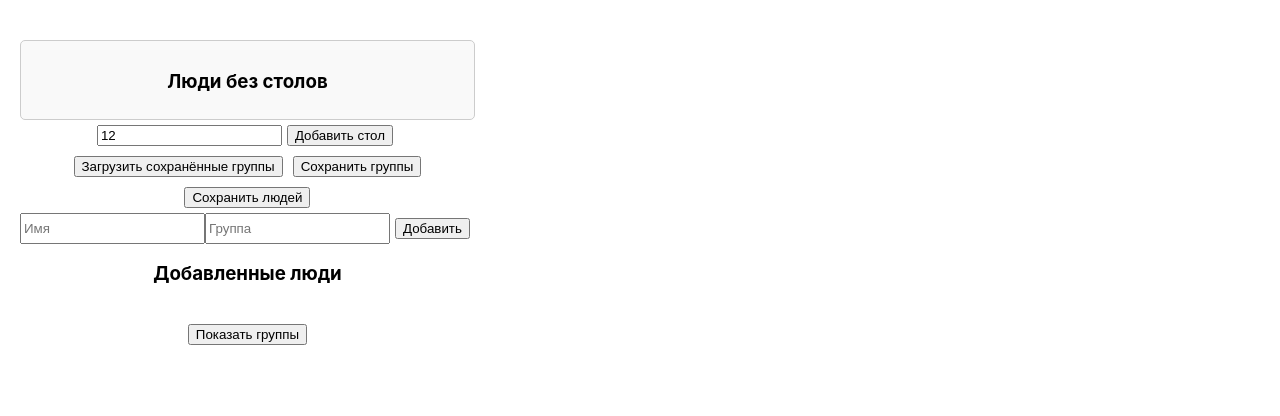
Repository: Vahan-23/Table-V2
Page: /
An editor plug-in stored every save of this project. The page is shown before and after the next save, followed by the edit.
The browser window is 1280 px wide. The pictures show the whole page.
The project was rebuilt for these pictures with package versions that can differ from the ones it lists, and the page was loaded fresh each time.

Above is the page before, as saved 2025-02-26 13:07:57.

After the next save:
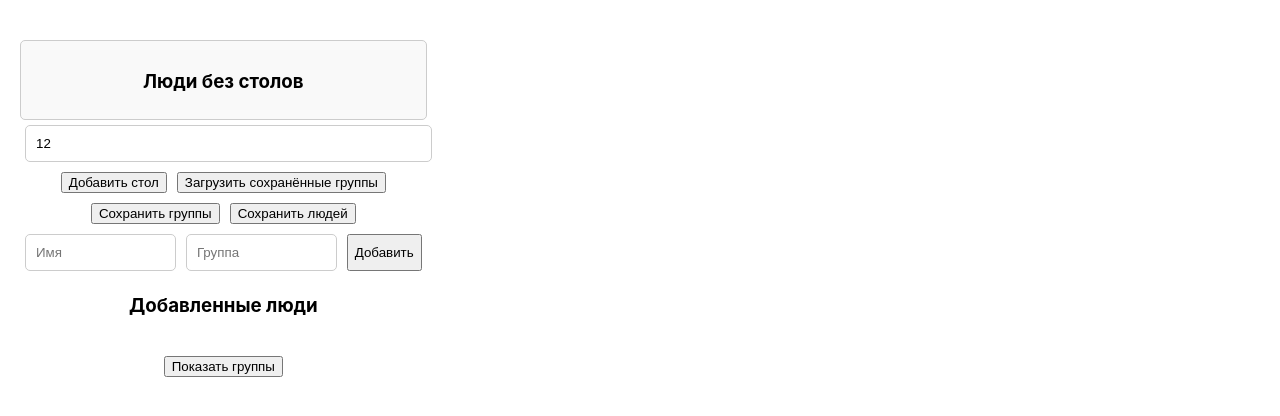
Saved 65 s later.
--- a/src/component/App.css
+++ b/src/component/App.css
@@ -25,6 +25,13 @@
   margin-bottom: 10px;
 }
 
+input {
+  padding: 10px;
+  margin: 5px;
+  border: 1px solid #ccc;
+  border-radius: 5px;
+  width: calc(100% - 22px); /* Учитываем padding и border */
+}
 .people-list ul {
   list-style-type: none;
   padding: 0;
